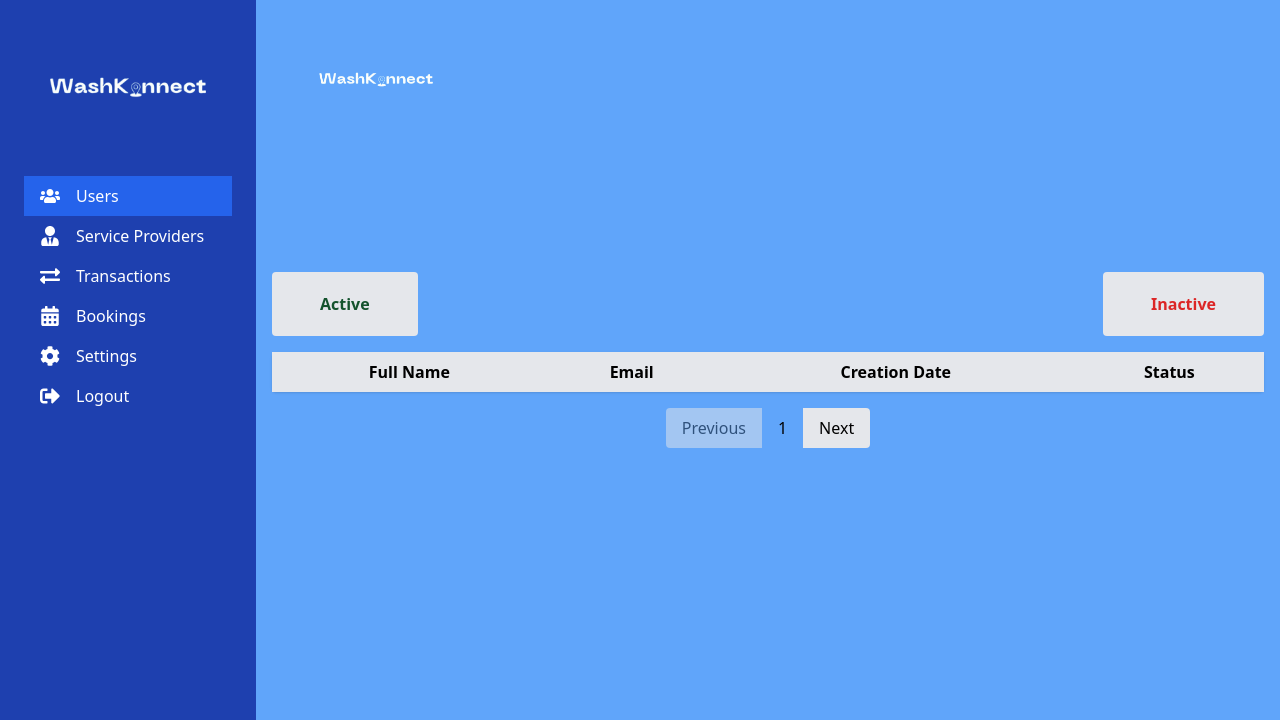
Repository: TEKVOLUTION-LTD/Admin-washKonnect
Page: /dashboard/users (app in Admin-WashKonnect/)
The author's editor kept a copy of each file at every save. The page is drawn from the files as they stood at one save, then again after the next save.
The browser window is 1280 px wide. The pictures show the whole page.
The page's requests for data from a server got no answer. The project was rebuilt for these pictures with package versions that can differ from the ones it lists, and the page was loaded fresh each time. No one was signed in, and anything a server would have sent is missing. Also part of the build but not shown: Admin-WashKonnect/vite.config.js, Admin-WashKonnect/src/pages/LoginPage.jsx, Admin-WashKonnect/src/pages/ServiceProviderPage.jsx, Admin-WashKonnect/src/pages/TransactionsPage.jsx, Admin-WashKonnect/src/pages/BookingsPage.jsx, Admin-WashKonnect/src/pages/SettingsPage.jsx, Admin-WashKonnect/src/pages/LogoutPage.jsx.

Above is the page before, as saved 2024-11-20 11:11:09.

After the next save:
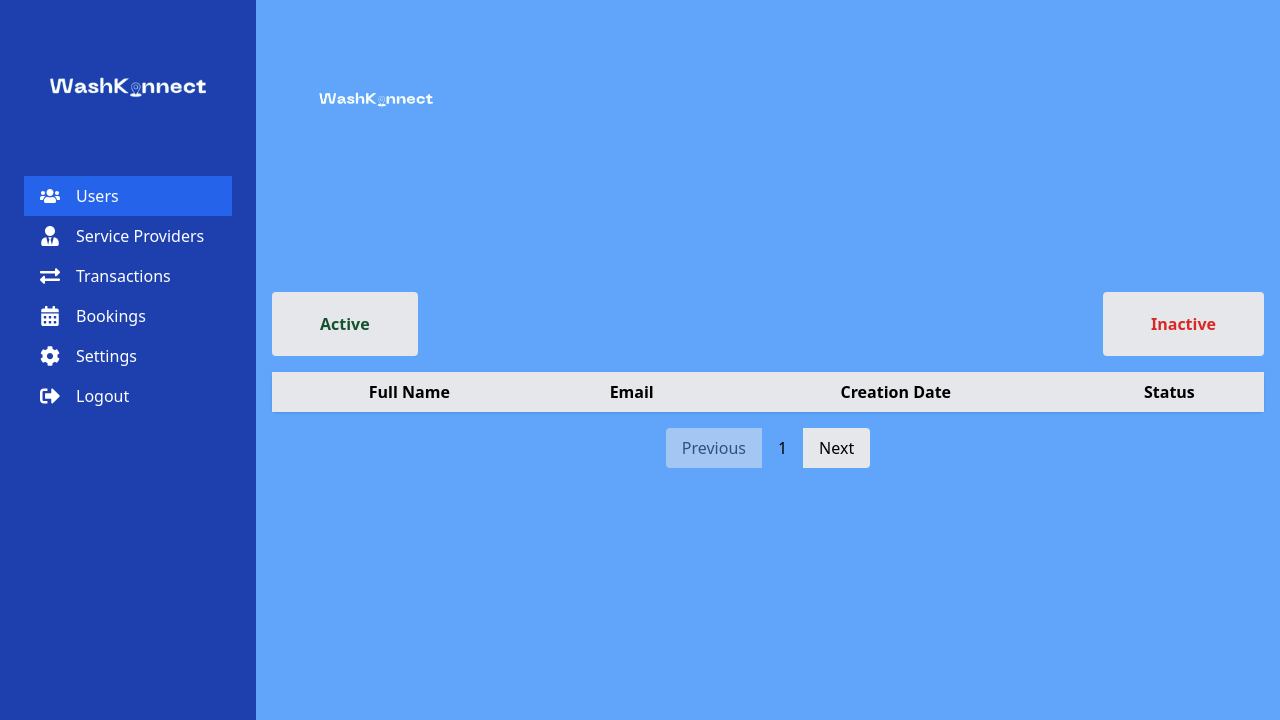
Saved 31 s later.
--- a/Admin-WashKonnect/src/components/UsersPage.jsx
+++ b/Admin-WashKonnect/src/components/UsersPage.jsx
@@ -27,7 +27,7 @@
   return (
     <div className="">
         <div>
-        <img src={WashkonnectLogo} className="h-[8rem] mx-10" alt="" />
+        <img src={WashkonnectLogo} className="h-[8rem] mx-10 mt-5" alt="" />
       </div>
       <div className="flex justify-between mb-4 mt-[8rem]">
 

After the save that followed:
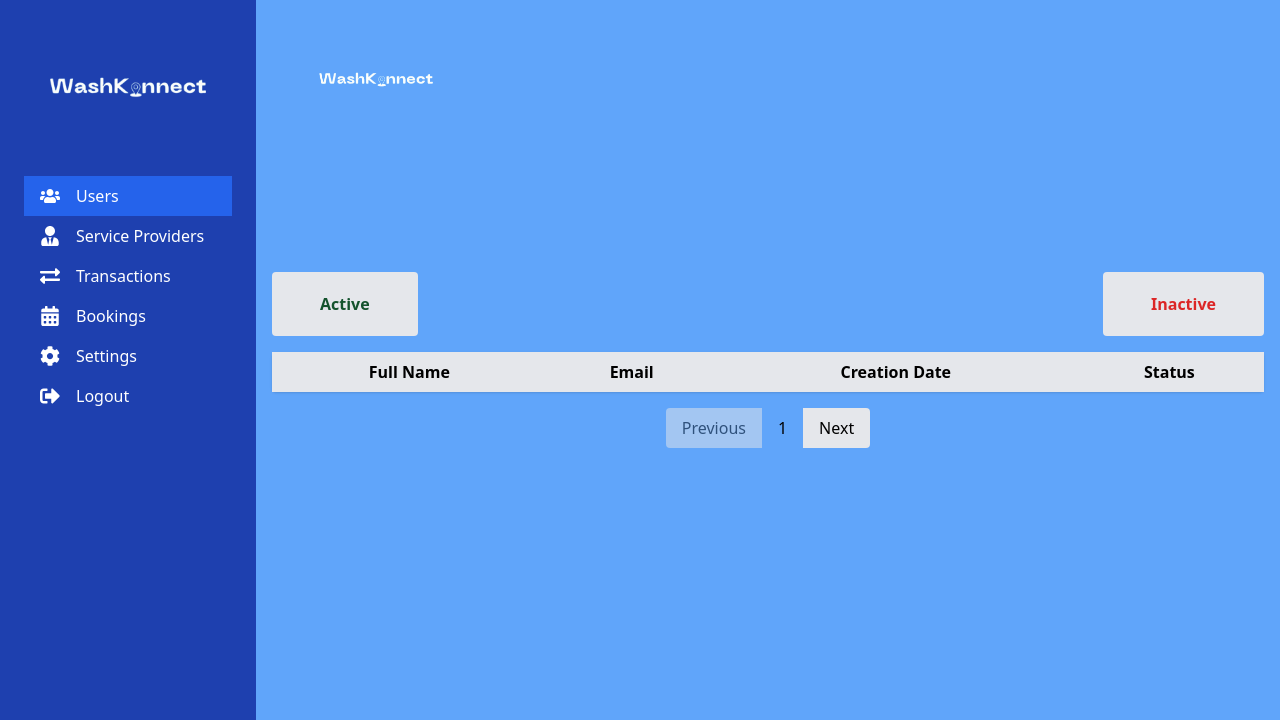
Saved 16 s later.
--- a/Admin-WashKonnect/src/components/UsersPage.jsx
+++ b/Admin-WashKonnect/src/components/UsersPage.jsx
@@ -27,7 +27,7 @@
   return (
     <div className="">
         <div>
-        <img src={WashkonnectLogo} className="h-[8rem] mx-10 mt-5" alt="" />
+        <img src={WashkonnectLogo} className="h-[8rem] mx-10 mt-0" alt="" />
       </div>
       <div className="flex justify-between mb-4 mt-[8rem]">
 
